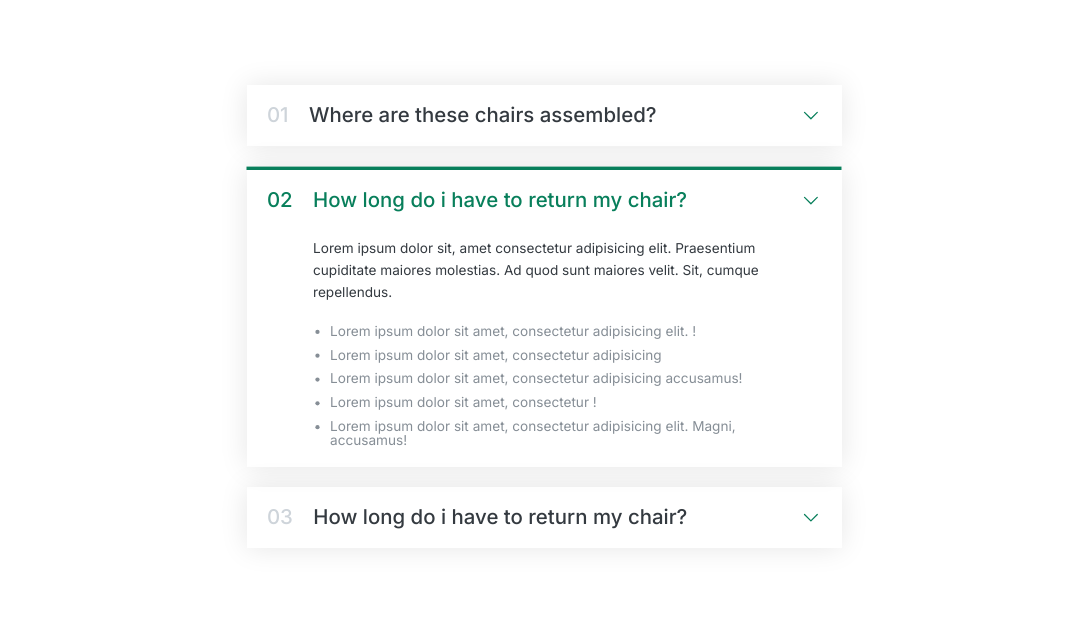
Repository: sunny070/CSS
Page: HTML and CSS some of the important components/01_accordion.html
These files come from the project's save history. The page is drawn as it stood at one moment and after the next save; the edit follows.
The browser window is 1280 px wide. The pictures show the whole page, at 85% of full size.

Above is the page before, as saved 2023-11-20 12:28:00.

### HTML and CSS some of the important components/01_accordion.html
<!DOCTYPE html>
<html lang="en">
  <head>
    <meta charset="UTF-8" />
    <meta name="viewport" content="width=device-width, initial-scale=1.0" />
    <title>Accordion Components</title>
    <link
      href="https://fonts.googleapis.com/css2?family=Inter:wght@400;500;700&display=swap"
      rel="stylesheet"
    />
    <style>
      /*
    SPACING SYSTEM (px)
    2 / 4 / 8 / 12 / 16 / 24 / 32 / 48 / 64 / 80 / 96 / 128

    FONT SIZE SYSTEM (px)
    10 / 12 / 14 / 16 / 18 / 20 / 24 / 30 / 36 / 44 / 52 / 62 / 74 / 86 / 98
    */

      /*
    MAIN COLOR: #087f5b
    GREY COLOR: #343a40
    */

      * {
        margin: 0;
        padding: 0;
        box-sizing: border-box;
      }

      /* ------------------------ */
      /* GENERAL STYLES */
      /* ------------------------ */
      body {
        font-family: "Inter", sans-serif;
        color: #343a40;
        line-height:1;
      }
      .accordion
      {
        width:700px;
        margin: 100px auto;
        display: flex;
        flex-direction: column;
        gap: 24px;

      }
      .item{
        box-shadow: 0 0 32px rgba(0,0,0,0.1);
        padding: 24px;
        display: grid;
        grid-template-columns: auto 1fr auto;
        column-gap:24px;
        row-gap: 32px;
        align-items:center;
      }
      .number ,.text{
        font-size: 24px;
        font-weight: 500;

      }
      .number{
        color:#ced4da;
      }

      .icon{
        width: 24px;
        height: 24px;
        stroke: #087f5b;
      }
      .hidden-box{
        grid-column: 2;
        display: none;
      }
      .hidden-box p{
        line-height: 1.6;
        margin-bottom: 24px;
      }
      .hidden-box ul{
        color:#868e96;
        margin-left: 20px;
        display:flex;
        flex-direction: column;
        gap: 12px;

      }
      .open{
        border-top: 4px solid #087f5b;
      }
      .open .hidden-box{
        display: block ;
      }
      .open .number, .open .text{
        color:#087f5b;
      }
      /* .hidden-box li{
        margin-bottom: 12px;
      } */
    </style>
  </head>
  <body>
    <div class="accordion">
      <div class="item">
      <p class="number"> 01</p>
      <p class="text">Where are these chairs assembled?</p>
      <svg class="icon" xmlns="http://www.w3.org/2000/svg" fill="none" viewBox="0 0 24 24" stroke-width="1.5" stroke="currentColor" class="w-6 h-6">
        <path stroke-linecap="round" stroke-linejoin="round" d="M19.5 8.25l-7.5 7.5-7.5-7.5" />
      </svg>
      <div class="hidden-box">
        <p>Lorem ipsum dolor sit, amet consectetur adipisicing elit. Praesentium cupiditate maiores molestias. Ad quod sunt maiores velit. Sit, cumque repellendus.</p>
        <ul>
          <li>Lorem ipsum dolor sit amet, consectetur adipisicing elit. !</li>
          <li>Lorem ipsum dolor sit amet, consectetur adipisicing</li>
          <li>Lorem ipsum dolor sit amet, consectetur adipisicing  accusamus!</li>
          <li>Lorem ipsum dolor sit amet, consectetur !</li>
          <li>Lorem ipsum dolor sit amet, consectetur adipisicing elit. Magni, accusamus!</li>

        </ul>
      </div>
      </div>


  <div class="item open">
  <p class="number"> 02</p>
  <p class="text">How long do i have to return my chair?</p>
  <svg class="icon" xmlns="http://www.w3.org/2000/svg" fill="none" viewBox="0 0 24 24" stroke-width="1.5" stroke="currentColor" class="w-6 h-6">
    <path stroke-linecap="round" stroke-linejoin="round" d="M19.5 8.25l-7.5 7.5-7.5-7.5" />
  </svg>
  <div class="hidden-box">
    <p>Lorem ipsum dolor sit, amet consectetur adipisicing elit. Praesentium cupiditate maiores molestias. Ad quod sunt maiores velit. Sit, cumque repellendus.</p>
    <ul>
      <li>Lorem ipsum dolor sit amet, consectetur adipisicing elit. !</li>
      <li>Lorem ipsum dolor sit amet, consectetur adipisicing</li>
      <li>Lorem ipsum dolor sit amet, consectetur adipisicing  accusamus!</li>
      <li>Lorem ipsum dolor sit amet, consectetur !</li>
      <li>Lorem ipsum dolor sit amet, consectetur adipisicing elit. Magni, accusamus!</li>

    </ul>
  </div>
  </div>


  <div class="item">
  <p class="number"> 03</p>
  <p class="text">How long do i have to return my chair?</p>
  <svg class="icon" xmlns="http://www.w3.org/2000/svg" fill="none" viewBox="0 0 24 24" stroke-width="1.5" stroke="currentColor" class="w-6 h-6">
    <path stroke-linecap="round" stroke-linejoin="round" d="M19.5 8.25l-7.5 7.5-7.5-7.5" />
  </svg>
  <div class="hidden-box">
    <p>Lorem ipsum dolor sit, amet consectetur adipisicing elit. Praesentium cupiditate maiores molestias. Ad quod sunt maiores velit. Sit, cumque repellendus.</p>
    <ul>
      <li>Lorem ipsum dolor sit amet, consectetur adipisicing elit. !</li>
      <li>Lorem ipsum dolor sit amet, consectetur adipisicing</li>
      <li>Lorem ipsum dolor sit amet, consectetur adipisicing  accusamus!</li>
      <li>Lorem ipsum dolor sit amet, consectetur !</li>
      <li>Lorem ipsum dolor sit amet, consectetur adipisicing elit. Magni, accusamus!</li>

    </ul>
  </div>
  </div>

</div>


<!-- <script>
  const btn = document.querySelector('.icon');
  const change = document.querySelector('.text')

  btn.addEventListener('click',function(){
    change.add('open');
  })
</script> -->
  </body>
</html>

After the next save:
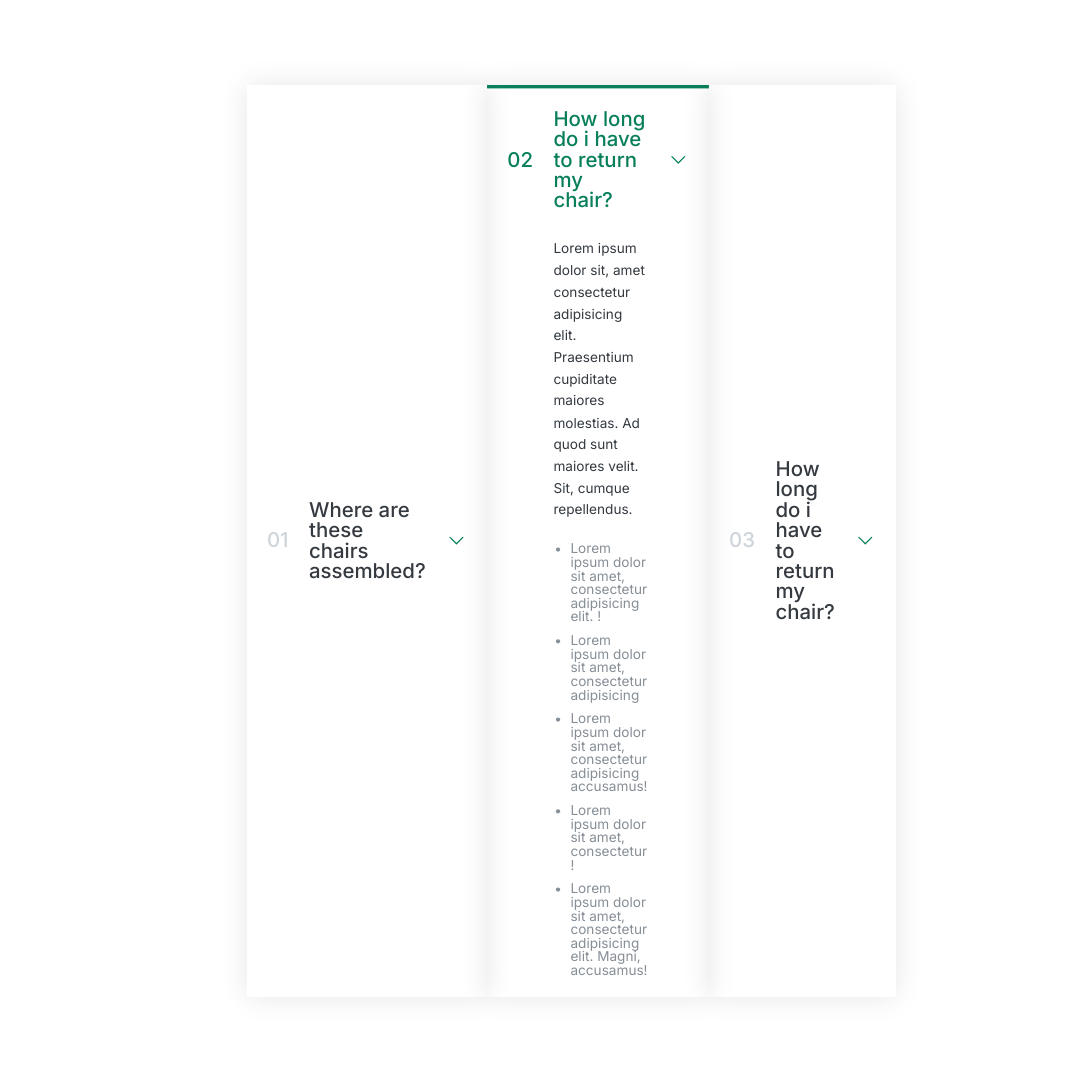
Saved 40 min 27 s later.
--- a/HTML and CSS some of the important components/01_accordion.html
+++ b/HTML and CSS some of the important components/01_accordion.html
@@ -41,7 +41,7 @@
         width:700px;
         margin: 100px auto;
         display: flex;
-        flex-direction: column;
+        <!-- flex-direction: column; -->
         gap: 24px;
 
       }

After the save that followed:
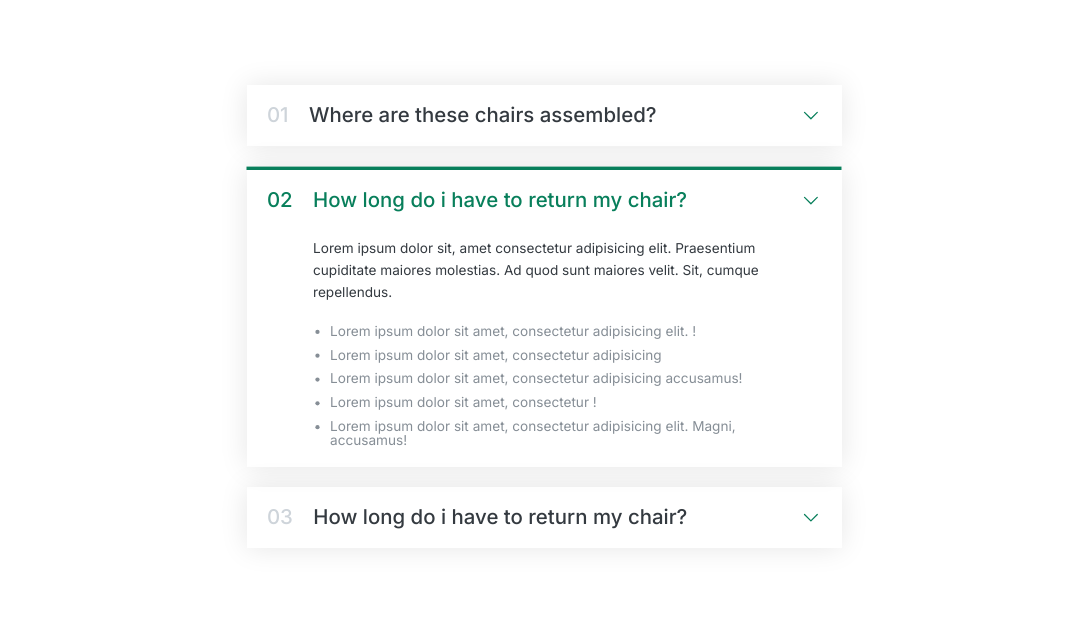
Saved 6 s later.
--- a/HTML and CSS some of the important components/01_accordion.html
+++ b/HTML and CSS some of the important components/01_accordion.html
@@ -41,7 +41,7 @@
         width:700px;
         margin: 100px auto;
         display: flex;
-        <!-- flex-direction: column; -->
+        flex-direction: column;
         gap: 24px;
 
       }
